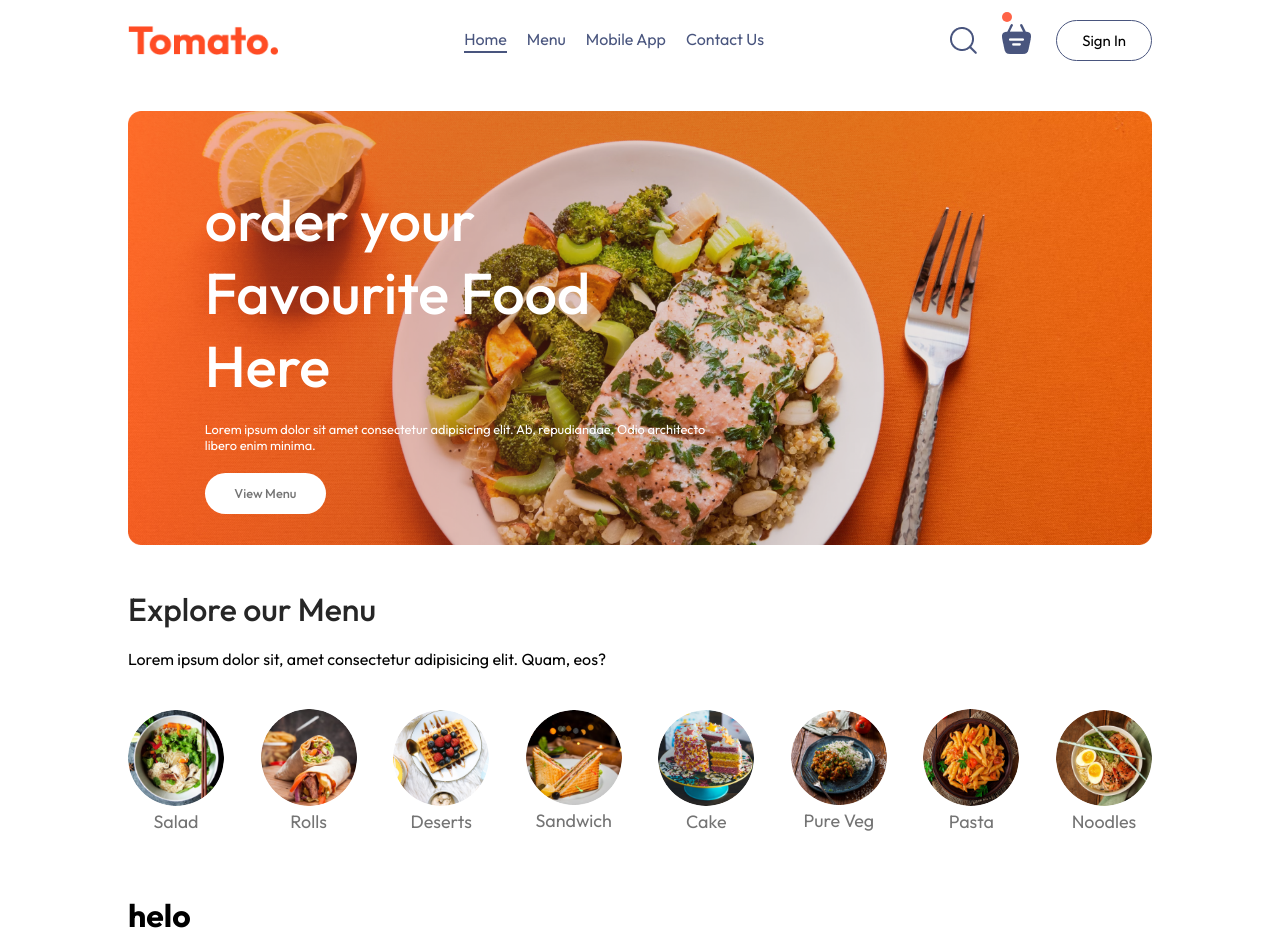
Repository: Attar786/Food-ordering-app
Page: / (app in frontend/)
An editor plug-in stored every save of this project. The page is shown before and after the next save, followed by the edit.
The browser window is 1280 px wide. The pictures show the whole page.
The project was rebuilt for these pictures with package versions that can differ from the ones it lists, and the page was loaded fresh each time. Also part of the build but not shown: frontend/vite.config.js, frontend/src/pages/Cart/Cart.css, frontend/src/pages/Cart/Cart.jsx, frontend/src/pages/PlaceOrder/PlaceOrder.css, frontend/src/pages/PlaceOrder/PlaceOrder.jsx.

Above is the page before, as saved 2024-07-25 20:15:44.

### frontend/src/main.jsx
import ReactDOM from 'react-dom/client'
import App from './App.jsx'
import './index.css'
import {BrowserRouter} from 'react-router-dom'
import StoreContextProvider from './context/StoreContext.jsx'
ReactDOM.createRoot(document.getElementById('root')).render(
<BrowserRouter>

<StoreContextProvider>
<App />
</StoreContextProvider>

    </BrowserRouter>
)

### frontend/src/App.jsx
import './index.css'
import Navbar from "./components/Navbar/Navbar"
import Home from './pages/Home/Home'
import Cart from './pages/Cart/Cart'
import PlaceOrder from './pages/PlaceOrder/PlaceOrder'
import { Route, Routes } from 'react-router-dom'


function App() {

  return (
    <>

  <div className='app'>
  <Navbar/>
<Routes>
<Route path='/' element={<Home/>}/>
<Route path='/cart' element={<Cart/>}/>
<Route path='/order' element={<PlaceOrder/>}/>

</Routes>
  </div>
    </>
  )
}

export default App

### frontend/src/index.css
@import url('https://fonts.googleapis.com/css2?family=Outfit:wght@100..900&display=swap');


*{
margin: 0;
padding: 0;
 box-sizing: border-box;
 font-family: outfit;
}
body{
height: 100vh;
}
a{
text-decoration: none;
color : inherit;
}
.app{
    width: 80%;
    margin: auto;
}
@keyframes fadeIn{
    0%{
        opacity: 0;
    }
    100%{
        opacity: 1;
    }
}

### frontend/src/context/StoreContext.jsx
import './StoreContext.css';
import { createContext } from 'react';
import { food_list } from '../assets/assets';
export const StoreContext = createContext(null);

const StoreContextProvider = (props) => {
  const contextValue = {};
  food_list
  return (
    <StoreContext.Provider value={contextValue}>
      {props.children}
    </StoreContext.Provider>
  );
};

export default StoreContextProvider;

### frontend/src/components/Navbar/Navbar.jsx
import { useState } from 'react';
import './Navbar.css';
import { assets } from '../../assets/assets';

const Navbar = () => {
  const [menu, setMenu] = useState("home");

  const handleMenuClick = (menuItem) => {
    setMenu(menuItem);
  };

  return (
    <div className="Navbar">
      <img src={assets.logo} alt="Logo" className="logo" />
      <ul className="navbar-menu">
        <li onClick={() => handleMenuClick("home")} className={menu === "home" ? "active" : ""}>Home</li>
        <li onClick={() => handleMenuClick("menu")} className={menu === "menu" ? "active" : ""}>Menu</li>
        <li onClick={() => handleMenuClick("mobile-app")} className={menu === "mobile-app" ? "active" : ""}>Mobile App</li>
        <li onClick={() => handleMenuClick("contact-us")} className={menu === "contact-us" ? "active" : ""}>Contact Us</li>
      </ul>
      <div className="navbar-right">
        <img src={assets.search_icon} alt="search-icon" />
        <div>
          <img src={assets.basket_icon} alt="icons" />
          <div className="dot"></div>
        </div>
        <button>Sign In</button>
      </div>
    </div>
  );
}

export default Navbar;

### frontend/src/pages/Home/Home.jsx
import {useState} from 'react'
import Header from '../../components/Header/Header'
import ExploreMenu from '../../components/ExploreMenu/ExploreMenu'
import './Home.css'
import FoodDisplay from '../../components/FoodDisplay/FoodDisplay'

const Home = () => {
    const [category , setCategory ] = useState('All')
  return (
    <>
<Header/>
<ExploreMenu category={category} setCategory={setCategory}/>
<FoodDisplay category={category} />

</>
)
}

export default Home

### frontend/src/assets/assets.js
import basket_icon from './basket_icon.png'
import logo from './logo.png'
import header_img from './header_img.png'
import search_icon from './search_icon.png'
import menu_1 from './menu_1.png'
import menu_2 from './menu_2.png'
import menu_3 from './menu_3.png'
import menu_4 from './menu_4.png'
import menu_5 from './menu_5.png'
import menu_6 from './menu_6.png'
import menu_7 from './menu_7.png'
import menu_8 from './menu_8.png'

import food_1 from './food_1.png'
import food_2 from './food_2.png'
import food_3 from './food_3.png'
import food_4 from './food_4.png'
import food_5 from './food_5.png'
import food_6 from './food_6.png'
import food_7 from './food_7.png'
import food_8 from './food_8.png'
import food_9 from './food_9.png'
import food_10 from './food_10.png'
import food_11 from './food_11.png'
import food_12 from './food_12.png'
import food_13 from './food_13.png'
import food_14 from './food_14.png'
import food_15 from './food_15.png'
import food_16 from './food_16.png'
import food_17 from './food_17.png'
import food_18 from './food_18.png'
import food_19 from './food_19.png'
import food_20 from './food_20.png'
import food_21 from './food_21.png'
import food_22 from './food_22.png'
import food_23 from './food_23.png'
import food_24 from './food_24.png'
import food_25 from './food_25.png'
import food_26 from './food_26.png'
import food_27 from './food_27.png'
import food_28 from './food_28.png'
import food_29 from './food_29.png'
import food_30 from './food_30.png'
import food_31 from './food_31.png'
import food_32 from './food_32.png'

import add_icon_white from './add_icon_white.png'
import add_icon_green from './add_icon_green.png'
import remove_icon_red from './remove_icon_red.png'
import app_store from './app_store.png'
import play_store from './play_store.png'
import linkedin_icon from './linkedin_icon.png'
import facebook_icon from './facebook_icon.png'
import twitter_icon from './twitter_icon.png'
import cross_icon from './cross_icon.png'
import selector_icon from './selector_icon.png'
import rating_starts from './rating_starts.png'
import profile_icon from './profile_icon.png'
import bag_icon from './bag_icon.png'
import logout_icon from './logout_icon.png'
import parcel_icon from './parcel_icon.png'

export const assets = {
    logo,
    basket_icon,
    header_img,
    search_icon,
    rating_starts,
    add_icon_green,
    add_icon_white,
    remove_icon_red,
    app_store,
    play_store,
    linkedin_icon,
    facebook_icon,
    twitter_icon,
    cross_icon,
    selector_icon,
    profile_icon,
    logout_icon,
    bag_icon,
    parcel_icon
}

export const menu_list = [
    {
        menu_name: "Salad",
        menu_image: menu_1
    },
    {
        menu_name: "Rolls",
        menu_image: menu_2
    },
    {
        menu_name: "Deserts",
        menu_image: menu_3
    },
    {
        menu_name: "Sandwich",
        menu_image: menu_4
    },
    {
        menu_name: "Cake",
        menu_image: menu_5
    },
    {
        menu_name: "Pure Veg",
        menu_image: menu_6
    },
    {
        menu_name: "Pasta",
        menu_image: menu_7
    },
    {
        menu_name: "Noodles",
        menu_image: menu_8
    }]

export const food_list = [
    {
        _id: "1",
        name: "Greek salad",
        image: food_1,
        price: 12,
        description: "Food provides essential nutrients for overall health and well-being",
        category: "Salad"
    },
    {
        _id: "2",
        name: "Veg salad",
        image: food_2,
        price: 18,
        description: "Food provides essential nutrients for overall health and well-being",
        category: "Salad"
    }, {
        _id: "3",
        name: "Clover Salad",
        image: food_3,
        price: 16,
        description: "Food provides essential nutrients for overall health and well-being",
        category: "Salad"
    }, {
        _id: "4",
        name: "Chicken Salad",
        image: food_4,
        price: 24,
        description: "Food provides essential nutrients for overall health and well-being",
        category: "Salad"
    }, {
        _id: "5",
        name: "Lasagna Rolls",
        image: food_5,
        price: 14,
        description: "Food provides essential nutrients for overall health and well-being",
        category: "Rolls"
    }, {
        _id: "6",
        name: "Peri Peri Rolls",
        image: food_6,
        price: 12,
        description: "Food provides essential nutrients for overall health and well-being",
        category: "Rolls"
    }, {
        _id: "7",
        name: "Chicken Rolls",
        image: food_7,
        price: 20,
        description: "Food provides essential nutrients for overall health and well-being",
        category: "Rolls"
    }, {
        _id: "8",
        name: "Veg Rolls",
        image: food_8,
        price: 15,
        description: "Food provides essential nutrients for overall health and well-being",
        category: "Rolls"
    }, {
        _id: "9",
        name: "Ripple Ice Cream",
        image: food_9,
        price: 14,
        description: "Food provides essential nutrients for overall health and well-being",
        category: "Deserts"
    }, {
        _id: "10",
        name: "Fruit Ice Cream",
        image: food_10,
        price: 22,
        description: "Food provides essential nutrients for overall health and well-being",
        category: "Deserts"
    }, {
        _id: "11",
        name: "Jar Ice Cream",
        image: food_11,
        price: 10,
        description: "Food provides essential nutrients for overall health and well-being",
        category: "Deserts"
    }, {
        _id: "12",
        name: "Vanilla Ice Cream",
        image: food_12,
        price: 12,
        description: "Food provides essential nutrients for overall health and well-being",
        category: "Deserts"
    },
    {
        _id: "13",
        name: "Chicken Sandwich",
        image: food_13,
        price: 12,
        description: "Food provides essential nutrients for overall health and well-being",
        category: "Sandwich"
    },
    {
        _id: "14",
        name: "Vegan Sandwich",
        image: food_14,
        price: 18,
        description: "Food provides essential nutrients for overall health and well-being",
        category: "Sandwich"
    }, {
        _id: "15",
        name: "Grilled Sandwich",
        image: food_15,
        price: 16,
        description: "Food provides essential nutrients for overall health and well-being",
        category: "Sandwich"
    }, {
        _id: "16",
        name: "Bread Sandwich",
        image: food_16,
        price: 24,
        description: "Food provides essential nutrients for overall health and well-being",
        category: "Sandwich"
    }, {
        _id: "17",
        name: "Cup Cake",
        image: food_17,
        price: 14,
        description: "Food provides essential nutrients for overall health and well-being",
        category: "Cake"
    }, {
        _id: "18",
        name: "Vegan Cake",
        image: food_18,
        price: 12,
        description: "Food provides essential nutrients for overall health and well-being",
        category: "Cake"
    }, {
        _id: "19",
        name: "Butterscotch Cake",
        image: food_19,
        price: 20,
        description: "Food provides essential nutrients for overall health and well-being",
        category: "Cake"
    }, {
        _id: "20",
        name: "Sliced Cake",
        image: food_20,
        price: 15,
        description: "Food provides essential nutrients for overall health and well-being",
        category: "Cake"
    }, {
        _id: "21",
        name: "Garlic Mushroom ",
        image: food_21,
        price: 14,
        description: "Food provides essential nutrients for overall health and well-being",
        category: "Pure Veg"
    }, {
        _id: "22",
        name: "Fried Cauliflower",
        image: food_22,
        price: 22,
        description: "Food provides essential nutrients for overall health and well-being",
        category: "Pure Veg"
    }, {
        _id: "23",
        name: "Mix Veg Pulao",
        image: food_23,
        price: 10,
        description: "Food provides essential nutrients for overall health and well-being",
        category: "Pure Veg"
    }, {
        _id: "24",
        name: "Rice Zucchini",
        image: food_24,
        price: 12,
        description: "Food provides essential nutrients for overall health and well-being",
        category: "Pure Veg"
    },
    {
        _id: "25",
        name: "Cheese Pasta",
        image: food_25,
        price: 12,
        description: "Food provides essential nutrients for overall health and well-being",
        category: "Pasta"
    },
    {
        _id: "26",
        name: "Tomato Pasta",
        image: food_26,
        price: 18,
        description: "Food provides essential nutrients for overall health and well-being",
        category: "Pasta"
    }, {
        _id: "27",
        name: "Creamy Pasta",
        image: food_27,
        price: 16,
        description: "Food provides essential nutrients for overall health and well-being",
        category: "Pasta"
    }, {
        _id: "28",
        name: "Chicken Pasta",
        image: food_28,
        price: 24,
        description: "Food provides essential nutrients for overall health and well-being",
        category: "Pasta"
    }, {
        _id: "29",
        name: "Buttter Noodles",
        image: food_29,
        price: 14,
        description: "Food provides essential nutrients for overall health and well-being",
        category: "Noodles"
    }, {
        _id: "30",
        name: "Veg Noodles",
        image: food_30,
        price: 12,
        description: "Food provides essential nutrients for overall health and well-being",
        category: "Noodles"
    }, {
        _id: "31",
        name: "Somen Noodles",
        image: food_31,
        price: 20,
        description: "Food provides essential nutrients for overall health and well-being",
        category: "Noodles"
    }, {
        _id: "32",
        name: "Cooked Noodles",
        image: food_32,
        price: 15,
        description: "Food provides essential nutrients for overall health and well-being",
        category: "Noodles"
    }
]

### frontend/src/components/Navbar/Navbar.css
.Navbar{
    padding: 20px 0;
    display: flex;
    justify-content: space-between;
    align-items: center;
}
.Navbar .logo{
    width: 150px;
}
.navbar-menu{
    display: flex;
    list-style: none;
    gap: 20px;
    font: 18px;
    color: #49557e;
    cursor: pointer;
}
.navbar-right{
    display: flex;
    align-items: center;
    gap: 25px;

}
.Navbar button{
    font-size: 15px;
    border: 1px solid #49557e;
    background: transparent;
    padding: 10px 25px;
    cursor: pointer;
    border-radius: 40px;
    transition: 0.3s;
}
.Navbar button:hover{
    background-color: #fff4f2;
}
.Navbar .navbar-menu .active{
    padding-bottom: 2px;
    border-bottom: 2px solid #49557e;

}
.search-icon{
    position: relative;
}
/* .search-icon .dot{ */
    /* position: absolute;
    top: -5px;
    right: -5px;
    width: 10px;
    height: 10px;
    background-color: blue;
    border-radius: 50%;
} */
.dot {
    position: absolute;
    top: 12px; /* Adjust as needed */
    right: 268px; /* Adjust as needed */
    width: 10px;
    height: 10px;

    background-color: tomato;
    border-radius: 50%;
  }

### frontend/src/components/Header/Header.jsx
import "./Header.css";
const Header = () => {
  return (
    <div className="header">
      <div className="header-contents">
        <h2>order your Favourite Food Here</h2>
        <p>
          Lorem ipsum dolor sit amet consectetur adipisicing elit. Ab,
          repudiandae. Odio architecto libero enim minima.
        </p>
        <button>View Menu</button>
      </div>
    </div>
  );
};

export default Header;

### frontend/src/components/ExploreMenu/ExploreMenu.jsx
import './ExploreMenu.css'
import { menu_list } from '../../assets/assets';
import PropTypes from 'prop-types'
const ExploreMenu = ({ category, setCategory }) => {
  return (
    <div className='explore-menu' id='explore-menu'>
      <h1 className='explore-menu-title'>Explore our Menu</h1>
      <p className='explore-menu-text'>Lorem ipsum dolor sit, amet consectetur adipisicing elit. Quam, eos?</p>
      <div className='explore-menu-list'>
        {menu_list.map((item, index) => {
          return (
            <div onClick={() => setCategory(prev => prev === item.menu_name ? "All" : item.menu_name)} key={index} className='explore-menu-list-item'>
              <img className={category === item.menu_name ? "active" : ""} src={item.menu_image} alt="" />
              <p>{item.menu_name}</p>
            </div>
          )
        })}
      </div>
      <hr />
    </div>
  )
}
    ExploreMenu.propTypes = {
    category: PropTypes.string.isRequired,
    setCategory: PropTypes.func.isRequired,
  };

export default ExploreMenu;

### frontend/src/components/FoodDisplay/FoodDisplay.jsx
// import { useContext } from 'react';
// import './FoodDisplay.css';
// import { StoreContext } from '../../context/StoreContext';
// import FoodItem from '../FoodItem/FoodItem';

const FoodDisplay = ({  category }) => {
//   const { food_list } = useContext(StoreContext);

  return (

<h1>helo</h1>
  );
};

    // <div className='food-display' id='food-display'>
    //   <h2>Top Dishes Near To You</h2>
    //   <div className='food-display-list'>
    //     {food_list.map((item, index) => (
    //       <FoodItem
    //         key={index}
    //         id={item._id}
    //         name={item.name}
    //         description={item.description}
    //         price={item.price}
    //         image={item.image}
    //       />
        // ))}
    //   </div>
    // </div>

export default FoodDisplay;

### frontend/src/components/Header/Header.css
.header{
    height: 35vw;
    margin: 30px auto;
    background: url('/header_img.png') no-repeat;
    background-size: contain;
    position: relative;
}
.header-contents{
position: absolute;
display: flex;
flex-direction: column;
align-items: start;
gap: 1.5vw;
max-width: 50%;
bottom: 10%;
left: 6vw;
animation: fadeIn 3s;
}

.header-contents h2{
    font-weight: 500;
    color: white;
    font-size: max(4.5vw, 22px);
}
.header-contents p{
    color: white;
    font-size: 1vw;

}
.header-contents button{
    font-weight: 500;
    color: #747474;
    border: none;
    padding: 1vw 2.3vw;
    background-color: white;
    border-radius: 50px;
    font-size: max(1vw,12px);


}

### frontend/src/components/ExploreMenu/ExploreMenu.css
.explore-menu{
    display: flex;
    flex-direction: column;
    gap: 20px;
}
.explore-menu h1{
    color: #262626;
    font-weight: 500;
}
.explore-menu-text{
    max-width: 60%;
    columns: #808080;
}
.explore-menu-list {
    display: flex;
    justify-content: space-between;
    align-items:center;
    gap: 30px;
    text-align: center;
    margin: 20px 0px;
    overflow: scroll;
}
.explore-menu-list::-webkit-scrollbar{
    display: none;
}
.explore-menu-list-item img{
    width: 7.5vw;
    min-width: 85px;
    cursor: pointer;
    border-radius: 50%;
    transition: 0.3s;
}

.explore-menu-list-item p{
    cursor: pointer;
    color: #747474;
    font-size: max(1.4vw, 16px)
}
.explore-menu hr{
    margin: 10px 0px;
    height: 2px;
    color: #e2e2e2;
    border: none;
}
.explore-menu-list-item .active{
    border:3px solid tomato;
    padding: 2px;
}

Loaded but not shown: frontend/index.html (common file); frontend/src/context/StoreContext.css (no stored copy; drawn as an empty file); frontend/src/pages/Home/Home.css (no stored copy; drawn as an empty file)

After the next save:
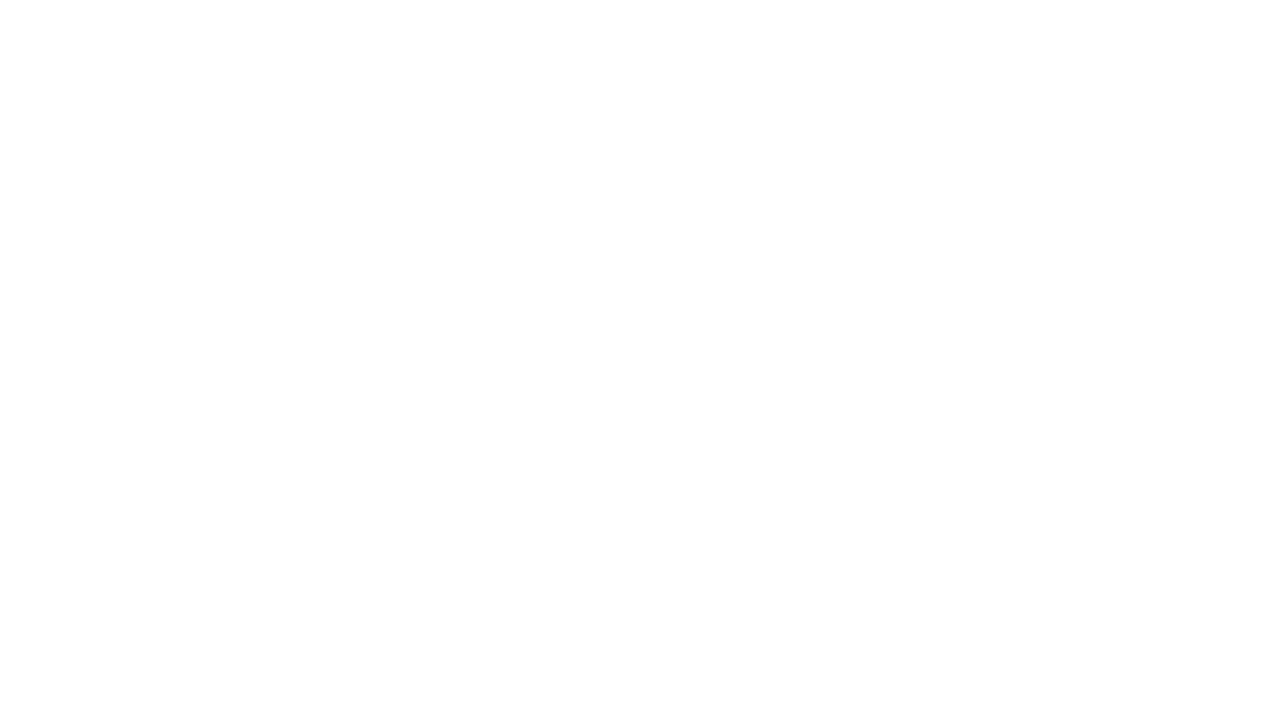
Console error: ReferenceError: useContext is not defined
Saved 11 s later.
--- a/frontend/src/components/FoodDisplay/FoodDisplay.jsx
+++ b/frontend/src/components/FoodDisplay/FoodDisplay.jsx
@@ -4,7 +4,7 @@
 // import FoodItem from '../FoodItem/FoodItem';
 
 const FoodDisplay = ({  category }) => {
-//   const { food_list } = useContext(StoreContext);
+  const { food_list } = useContext(StoreContext);
 
   return (
 

After the save that followed:
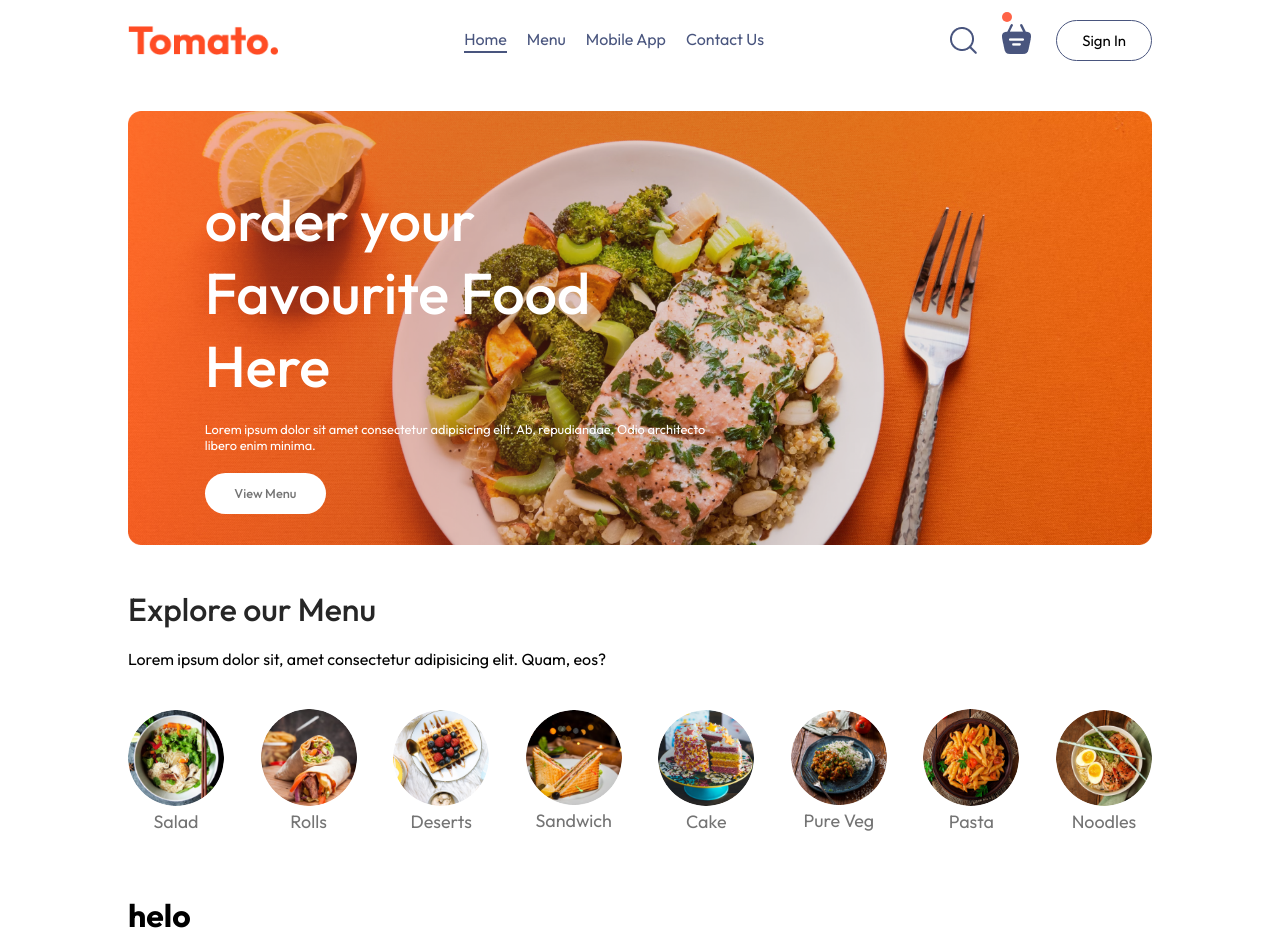
The error is gone.
Saved 7 s later.
--- a/frontend/src/components/FoodDisplay/FoodDisplay.jsx
+++ b/frontend/src/components/FoodDisplay/FoodDisplay.jsx
@@ -4,7 +4,7 @@
 // import FoodItem from '../FoodItem/FoodItem';
 
 const FoodDisplay = ({  category }) => {
-  const { food_list } = useContext(StoreContext);
+//   const { food_list } = useContext(StoreContext);
 
   return (
 
